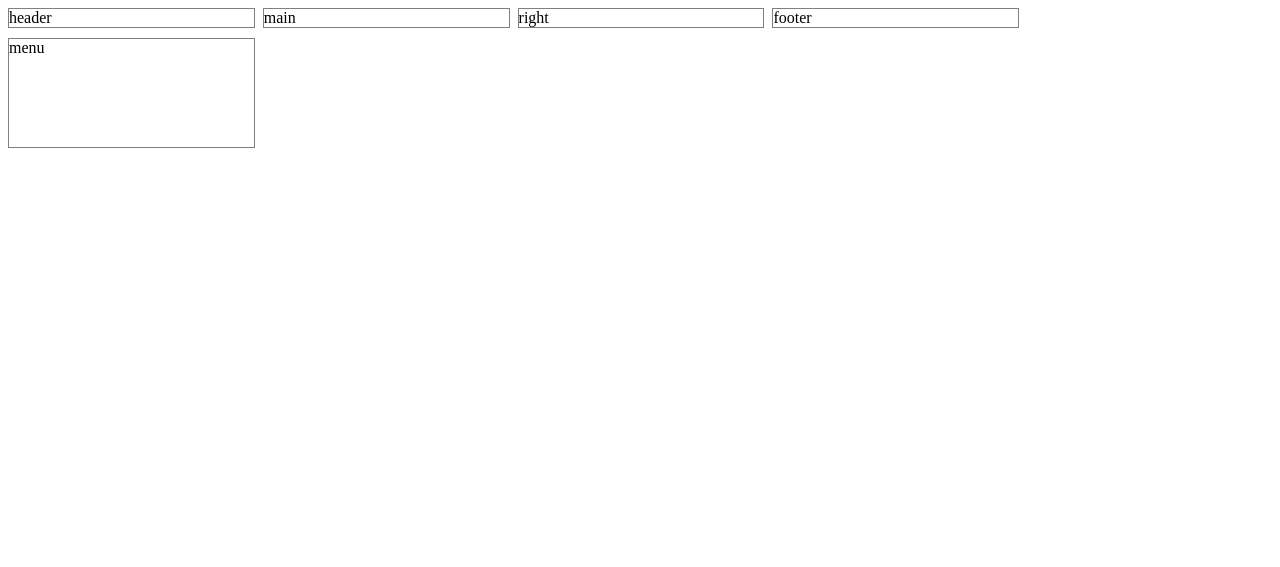
Repository: batonAnton/HW-7-grid
Page: index.html
The author's editor kept a copy of each file at every save. The page is drawn from the files as they stood at one save, then again after the next save.
The browser window is 1280 px wide. The pictures show the whole page.

Above is the page before, as saved 2022-06-25 16:08:50.

### index.html
<!DOCTYPE html>
<html lang="en">
<head>
    <meta charset="UTF-8">
    <meta http-equiv="X-UA-Compatible" content="IE=edge">
    <meta name="viewport" content="width=device-width, initial-scale=1.0">
    <link rel="stylesheet" href="./css/styles2.css">
    <title>Grid</title>
</head>
    <header>
        <div class="wrapper">
            <div class="item ">header</div>
            <div class="item menu">menu</div>
            <div class="item main">main</div>
            <div class="item right">right</div>
            <div class="item footer">footer</div>

        </div>
    </header>

<!-- <div>
    <div>
        <div class="wrapper allstyles">
            <div class="wrapper-child logo">

            </div>
            <div class="wrapper-child">
                <nav>
                    <ul>
                        <li><img class="logo" src="./images/logo.png" alt="logo"></li>
                        <a href="">
                            <li>Головна</li>
                        </a>
                        <a href="">
                            <li>Квартири</li>
                        </a>
                        <a href="">
                            <li>Контакти</li>
                        </a>

                        <a href="">
                            <li>Про нас</li>
                        </a>

                    </ul>
                </nav>
            </div>
            <div class="wrapper-child email">

                <div>
                    <img class="email" src="./images/email.png" alt="email">
                    <a href=""> Gmail.com</a>
                </div>

            <div class="wrapper-child phone">

                    <img class="phone" src="./images/phone.png" alt="phone">
                    <a href="">+380 9738 109 81</a>
                </div>

            <div class="wrapper-child btn">
                <button>Замовити Дзвінок </button>
            </div>
            </div>

            <div class=" wrapper2 section allstyles">
                <div class="info">
                    <h1>Оренда Квартир</h1>
                    <p>На довгий термін <br> або подобово</p>
                    <button>Дивитись варіанти</button>
                </div>

                <div class="banner">
                    <img src="./images/bigBanner.png" alt="banner">
                </div>
            </div>
        </div>




    </header> -->




</body>
</html>

### css/styles2.css
.item {
  width: 100%;
  /* height: 150px; */
  border: 1px solid gray;
}

.wrapper {
  display: grid;
  gap: 10px;
  grid-template-columns: repeat(5, 1fr);
  grid-template-rows: repeat(5, 1fr);
}

.header{
    grid-column: 1/6;
    grid-row:1/2;
}

.menu{
    grid-column: 1/2;
    grid-row:2/6;
}

.main{
    grid-colum:2/3;
}

After the next save:
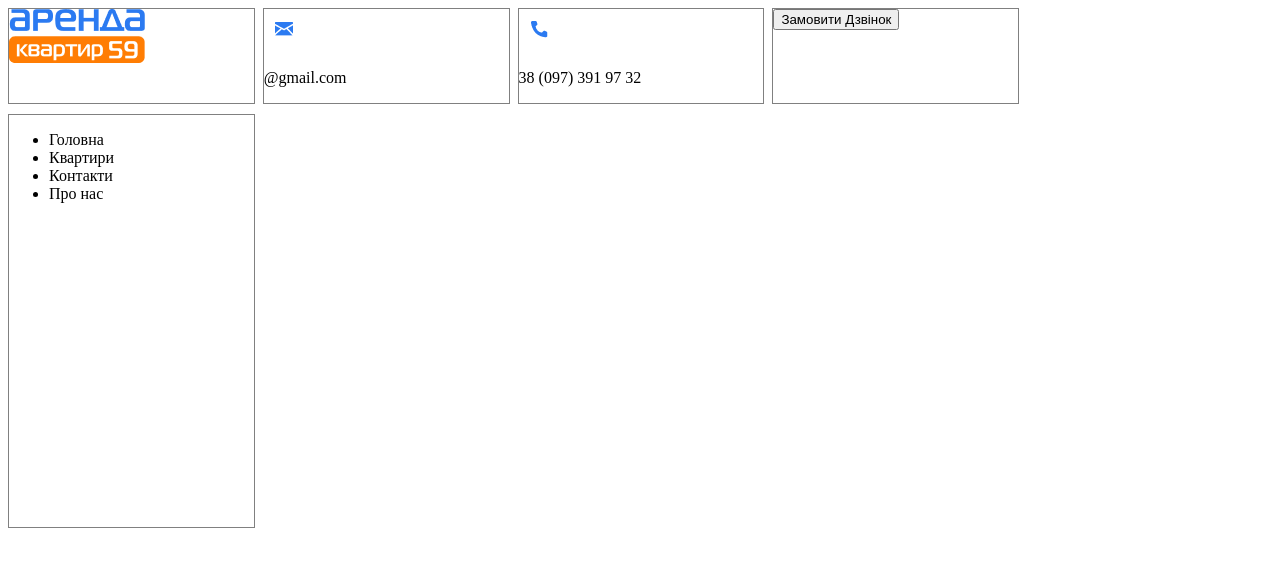
Saved 7 min 16 s later.
--- a/index.html
+++ b/index.html
@@ -9,11 +9,26 @@
 </head>
     <header>
         <div class="wrapper">
-            <div class="item ">header</div>
-            <div class="item menu">menu</div>
-            <div class="item main">main</div>
-            <div class="item right">right</div>
-            <div class="item footer">footer</div>
+            <div class="item logo "><img src="./images/logo.png" alt="logo"></div>
+            <div class="item menu">
+                <ul>
+                    <li>Головна</li>
+                    <li>Квартири</li>
+                    <li>Контакти</li>
+                    <li>Про нас</li>
+                </ul>
+            </div>
+            <div class="item mail">
+                <img src="./images/email.png" alt="email">
+                <p>@gmail.com</p>
+            </div>
+            <div class="item phone">
+                <img src="./images/phone.png" alt="phone">
+                <p>38 (097) 391 97 32</p>
+            </div>
+            <div class="item btn">
+                    <button>Замовити Дзвінок </button>
+            </div>
 
         </div>
     </header>
